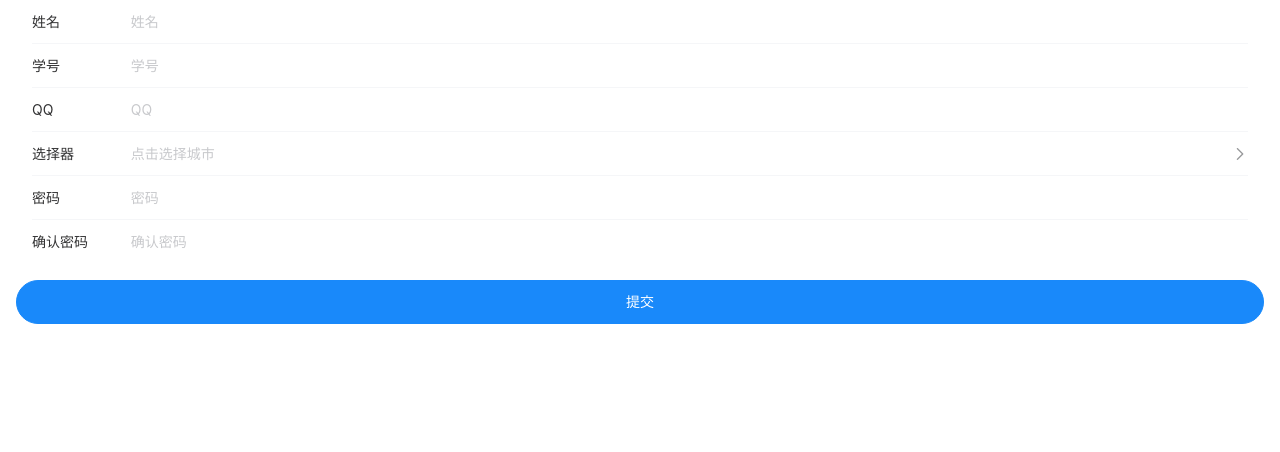
Repository: Qwenicq/new_sys
Page: /register (app in new-syws/)
These files come from the project's save history. The page is drawn as it stood at one moment and after the next save; the edit follows.
The browser window is 1280 px wide. The pictures show the whole page.
The project was rebuilt for these pictures with package versions that can differ from the ones it lists, and the page was loaded fresh each time. Also part of the build but not shown: new-syws/vite.config.js, new-syws/src/components/user.vue.

Above is the page before, as saved 2024-01-27 13:09:55.

After the next save:
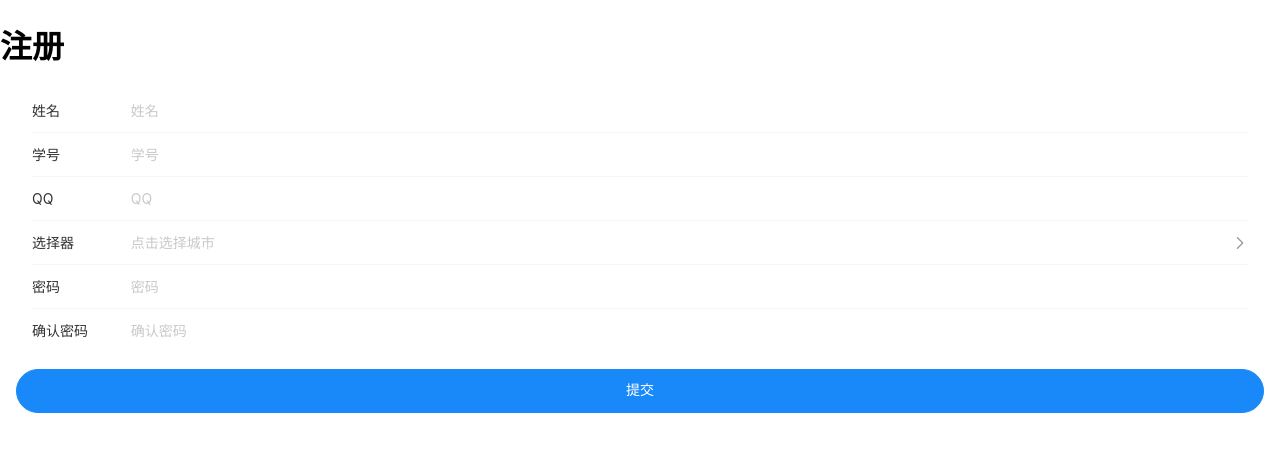
Saved 10 s later.
--- a/new-syws/src/views/register/RegisterPage.vue
+++ b/new-syws/src/views/register/RegisterPage.vue
@@ -19,6 +19,7 @@
 <template>
   <div>
     <div>
+      <h1>注册</h1>
       <van-form @submit="onSubmit">
         <van-cell-group inset>
           <van-field
